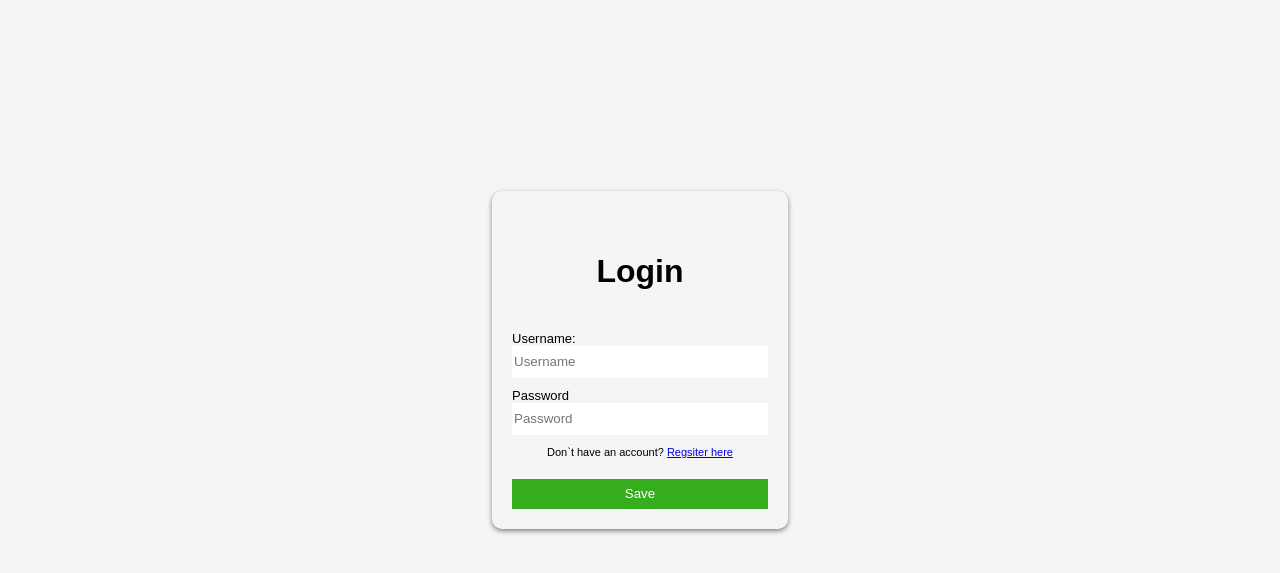
Repository: Dennis-star1001/PHP-CRUD
Page: http://localhost/login.php
An editor plug-in stored every save of this project. The page is shown before and after the next save, followed by the edit.
The browser window is 1280 px wide. The pictures show the whole page.
The page is run by PHP 8.4 with error messages shown; the project is at /var/www/html/.

Above is the page before, as saved 2022-07-06 00:28:21.

### login.php
<?php require("backend.php");
?>
<?php
$err = "";
$success = '';
$clas = '';
if (isset($_GET['err'])) {
    $err = $_GET['err'];
    $clas = 'error';
} elseif (isset($_GET['success'])) {
    $sucess = $_GET['success'];
    $clas = 'success';
} ?>
<!DOCTYPE html>
<html lang="en">

<head>
    <meta charset="UTF-8">
    <meta http-equiv="X-UA-Compatible" content="IE=edge">
    <meta name="viewport" content="width=device-width, initial-scale=1.0">
    <link rel="stylesheet" href="style.css">
    <title>Document</title>
</head>

<body>
    <form method="POST" action="backend.php">
        <div class="container">
            <div class="left">

                <?php echo "<div class='error'>$err</div>" ?>
                <?php echo "<div class='success'>$success</div>" ?>


                <h1 class="title">Login</h1>
                <div class='success'></div>
                <div class="input-field">
                    <label for="username">Username:</label>
                    <input type="text" class="text-input" placeholder="Username" name="username" />
                </div>
                <div class="input-field">
                    <label for="password">Password</label>
                    <input type="password" class="text-input" placeholder="Password" name="password" />
                    <p class="login-link">Don`t have an account? <a href="register.php">Regsiter here</a> </p>
                </div>

                <input type="submit" value="Save" class="submit" name="login" />

            </div>

        </div>
    </form>

</body>

</html>

### backend.php
<?php
session_start();
require("connection.php");

if (isset($_POST['register'])) {
    $username = $_POST['username'];
    $email = $_POST['email'];
    $password = $_POST['password'];
    $phone = $_POST['phone'];

    if (empty($username) || empty($email) || empty($password) || empty($phone)) {
        header("Location: register.php?err=Empty field not allowed!");
        exit;
    }

    //check if existed
    $Select_sql = "SELECT * FROM register WHERE username = '$username' AND phone = '$phone'";

    $query =  mysqli_query($conn, $Select_sql);


    if (mysqli_num_rows($query) > 0) {
        header("Location: register.php?err=This user already exist");
        exit;
    } else {
        $Insert_sql = "INSERT INTO register SET username = '$username', email='$email', password='$password', phone = '$phone'";
        mysqli_query($conn, $Insert_sql);
        header("Location: login.php?sucess=You can now register");
    }
}


if (isset($_POST['login'])) {
    $username = $_POST['username'];

    $password = $_POST['password'];


    if (empty($username) || empty($password)) {
        header("Location: login.php?err=Empty field not allowed!");
        exit;
    }

    $sql = "SELECT * FROM register WHERE username = '$username' AND password = '$password'";
    $query = mysqli_query($conn, $sql);
    if (mysqli_num_rows($query) > 0) {
        $row = mysqli_fetch_array($query);
        $_SESSION['id'] = $row['id'];
        $_SESSION['username'] = $row['username'];
        $_SESSION['password'] = $row['password'];
        header("Location: index.php?success=Logged in...");
    } else {
        header("Location: login.php?err=User not found!");
        exit;
    }
    $name = $_SESSION['username'];
}

### connection.php
<?php
$conn = mysqli_connect("localhost", "root", "", "Wild_animals");
if(!$conn){
die("Connection failed: " . mysqli_connect_error());
}

### style.css
body {
    margin: 0px;
    font-family: sans-serif;
    background-color: whitesmoke;

}

.title{

    text-align: center;

}

.container{
    display: flex;
    justify-content: center;
    align-items: center;
    height: 100vh;
}
.animal-container{
    display: flex;
    justify-content: center;
    align-items: center;
    height: 70vh;
}
.left{
    display: flex;
    flex-direction: column;
    width: 20%;
    /* border: 1px solid black; */
    box-shadow: 0 2px 5px gray;
    border-radius: 10px;
    padding: 20px;
    gap: 10px;
}
.input-field{
    display: flex;
    flex-direction: column;
}
input{
    height: 30px;
    border: none;

}
input:focus{
    outline: none;
    border-bottom: 1px solid gray;
}
label{
    font-size: 13px;
}
.submit{
    background-color: rgb(54, 173, 30);
    border: none;
    color: white;
}
.error {
    height: 5%;
    width: 100%;
    background-color: pink;
    color: red;
    font-family: sans-serif;
    display: flex;
    justify-content: center;
    align-items: center;
    font-size: 15px;
}

.success {
    height: 10%;
    width: 100%;
    background-color: lightgreen;
    color: green;
    font-family: sans-serif;
    display: flex;
    justify-content: center;
    align-items: center;
    font-size: 15px;
}
p{
    font-size: 11px;
    text-align: center;
}
.nav-links{
    display: flex;
    list-style: none;
    justify-content: right;
    padding-right: 10px;

}

.nav-links li a{
    padding: 5px;
    border-radius: 5px;
    margin: 5px 10px;
    font-size: 15px;
    text-decoration: none;
    color: white;
    background-color: green;
}
/* .main-animal{
    display: flex;
    justify-content: center;
    flex-direction: column;
    align-items: center;
} */

After the next save:
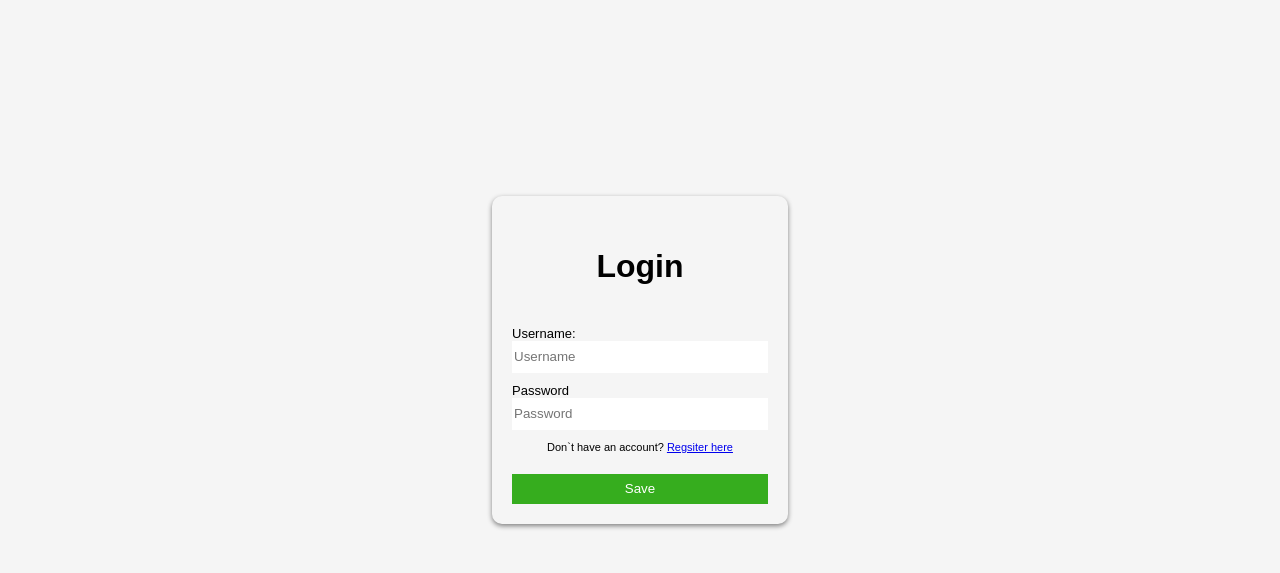
Saved 10 s later.
--- a/login.php
+++ b/login.php
@@ -28,7 +28,6 @@ if (isset($_GET['err'])) {
             <div class="left">
 
                 <?php echo "<div class='error'>$err</div>" ?>
-                <?php echo "<div class='success'>$success</div>" ?>
 
 
                 <h1 class="title">Login</h1>
